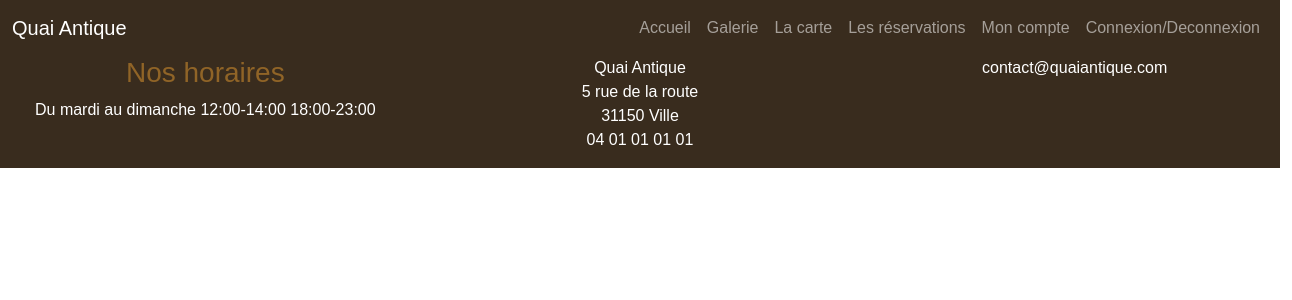
Repository: lemonhao9/QuaiAntiqueRestaurantFront
Page: index.html
These files come from the project's save history. The page is drawn as it stood at one moment and after the next save; the edit follows.
The browser window is 1280 px wide. The page is 1292 px wide, then 1280 px, so the pictures cover 1292 px, including what lies to the right of the window. The pictures show the whole page.
Some web fonts or font styles are not loaded; a fallback is used. Some web libraries are served in a nearby version. The style sheet was rebuilt from its Sass, Less or Tailwind sources for each picture, by a compiler version that may differ from the author's.

Above is the page before, as saved 2025-01-21 17:27:29.
Console error: TypeError: Cannot set properties of null (setting 'innerHTML')

### index.html
<!DOCTYPE html>
<html lang="en">
<head>
    <meta charset="UTF-8">
    <meta name="viewport" content="width=device-width, initial-scale=1.0">
    <link rel="preconnect" href="https://fonts.googleapis.com">
    <link rel="preconnect" href="https://fonts.gstatic.com" crossorigin>
    <link href="https://fonts.googleapis.com/css2?family=Hind+Madurai:wght@300;400&display=swwap" rel="stylesheet">
    <link rel="stylesheet" href="scss/main.css">
    <title>Document</title>
</head>
<body>
    <header>
        <header>
            <nav class="navbar navbar-expand-lg bg-dark" data-bs-theme="dark">
                <div class="container-fluid">
                  <a class="navbar-brand" href="/">Quai Antique</a>
                  <button class="navbar-toggler" type="button" data-bs-toggle="collapse" data-bs-target="#navbarSupportedContent" aria-controls="navbarSupportedContent" aria-expanded="false" aria-label="Toggle navigation">
                    <span class="navbar-toggler-icon"></span>
                  </button>
                  <div class="collapse navbar-collapse" id="navbarSupportedContent">
                    <ul class="navbar-nav ms-auto mb-2 mb-lg-0">
                      <li class="nav-item">
                        <a class="nav-link" href="/">Accueil</a>
                      </li>
                      <li class="nav-item">
                        <a class="nav-link" href="/galerie">Galerie</a>
                      </li>
                      <li class="nav-item">
                        <a class="nav-link" href="#">La carte</a>
                      </li>
                      <li class="nav-item">
                        <a class="nav-link" href="#">Les réservations</a>
                      </li>
                      <li class="nav-item">
                        <a class="nav-link" href="#">Mon compte</a>
                      </li>
                      <li class="nav-item">
                        <a class="nav-link" href="#">Connexion/Deconnexion</a>
                      </li>
                    </ul>
                  </div>
                </div>
              </nav>
        </header>
    </main>
<footer class="bg-dark text-white text-center footer">
        <div class="row">
            <div class="col-12 col-lg-4">
                <h3 class="text-primary">Nos horaires</h3>
                <p>Du mardi au dimanche  12:00-14:00  18:00-23:00</p>
            </div>
            <div class="col-6 col-lg-4">
                <p>Quai Antique <br/>
                    5 rue de la route <br/>
                    31150 Ville <br/>
                    04 01 01 01 01 <br/>
                </p>
            </div>
            <div class="col-6 col-lg-4">
                <p>contact@quaiantique.com</p>
            </div>
        </div>
    </footer>
    <script type="module" src="Router/Router.js"></script>
    <script src="node_modules/bootstrap/dist/js/bootstrap.bundle.min.js"></script>
</body>
</html>

### Router/Router.js
import Route from "./Route.js";
import { allRoutes, websiteName } from "./allRoutes.js";

// Création d'une route pour la page 404 (page introuvable)
const route404 = new Route("404", "Page introuvable", "/pages/404.html");

// Fonction pour récupérer la route correspondant à une URL donnée
const getRouteByUrl = (url) => {
  let currentRoute = null;
  // Parcours de toutes les routes pour trouver la correspondance
  allRoutes.forEach((element) => {
    if (element.url == url) {
      currentRoute = element;
    }
  });
  // Si aucune correspondance n'est trouvée, on retourne la route 404
  if (currentRoute != null) {
    return currentRoute;
  } else {
    return route404;
  }
};

// Fonction pour charger le contenu de la page
const LoadContentPage = async () => {
  const path = window.location.pathname;
  // Récupération de l'URL actuelle
  const actualRoute = getRouteByUrl(path);
  // Récupération du contenu HTML de la route
  const html = await fetch(actualRoute.pathHtml).then((data) => data.text());
  // Ajout du contenu HTML à l'élément avec l'ID "main-page"
  document.getElementById("main-page").innerHTML = html;

  // Ajout du contenu JavaScript
  if (actualRoute.pathJS != "") {
    // Création d'une balise script
    var scriptTag = document.createElement("script");
    scriptTag.setAttribute("type", "text/javascript");
    scriptTag.setAttribute("src", actualRoute.pathJS);

    // Ajout de la balise script au corps du document
    document.querySelector("body").appendChild(scriptTag);
  }

  // Changement du titre de la page
  document.title = actualRoute.title + " - " + websiteName;
};

// Fonction pour gérer les événements de routage (clic sur les liens)
const routeEvent = (event) => {
  event = event || window.event;
  event.preventDefault();
  // Mise à jour de l'URL dans l'historique du navigateur
  window.history.pushState({}, "", event.target.href);
  // Chargement du contenu de la nouvelle page
  LoadContentPage();
};

// Gestion de l'événement de retour en arrière dans l'historique du navigateur
window.onpopstate = LoadContentPage;
// Assignation de la fonction routeEvent à la propriété route de la fenêtre
window.route = routeEvent;
// Chargement du contenu de la page au chargement initial
LoadContentPage();

### Router/allRoutes.js
import Route from "./Route.js";

//Définir ici vos routes
export const allRoutes = [
    new Route("/", "Accueil", "/pages/home.html"),];

//Le titre s'affiche comme ceci : Route.titre - websitename
export const websiteName = "Quai Antique";

### pages/404.html
<div>
    <h1>ERROR 404</h1>
    <P>Page not found</P>
    <p><a href="/">Retour à l'acceuil</a></p>
</div>

### scss/main.scss
@import url(/node_modules/bootstrap-icons/font/bootstrap-icons.css);
@import 'custom';

### scss/_custom.scss
// Custom.scss
// Option A: Include all of Bootstrap

// Include any default variable overrides here (though functions won't be available)
$primary: #906427;
$secondary: #B6AC97;
$dark:#392C1E;
$black:  #292222;
$font-family-sans-serif: "Montserrat", sans-serif !default;
$font-family-serif:"Hind Madurai", serif !default;

@import "../node_modules/bootstrap/scss/bootstrap";

// Then add additional custom code here

Loaded but not shown: Router/Route.js (common file)

After the next save:
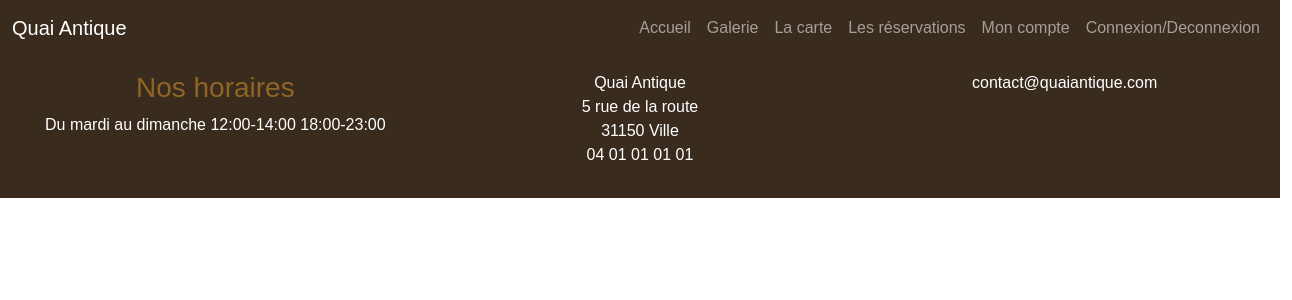
Saved 72 s later.
--- a/scss/main.scss
+++ b/scss/main.scss
@@ -1,2 +1,6 @@
 @import url(/node_modules/bootstrap-icons/font/bootstrap-icons.css);
 @import 'custom';
+
+footer.footer{
+    padding: 15px;
+}
